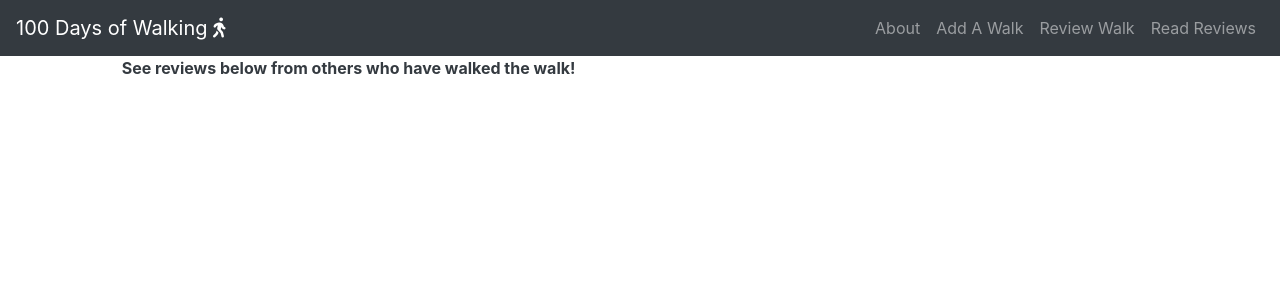
Repository: 5803emma/days-of-walking
Page: http://localhost/read_review
The author's editor kept a record of every edit. The page is drawn from the files as they stood at one moment, then again after the next edit.
The browser window is 1280 px wide. The pictures show the whole page.
Some web libraries are served in a nearby version. The page is served by the project's application, run on Flask 3 (app.py). Queries for data that is not in the repository find no rows.

Above is the page before.

After the next edit:
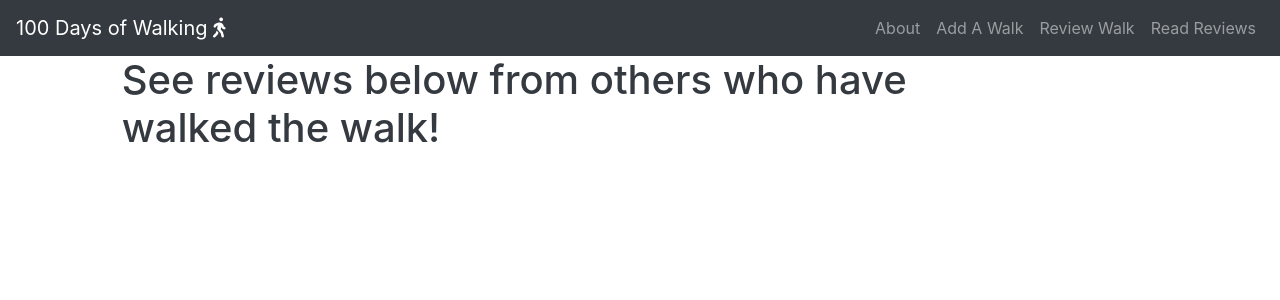
The edit:
--- a/templates/read_reviews.html
+++ b/templates/read_reviews.html
@@ -5,7 +5,7 @@
 
         <div class="row">
             <div class="col-10 text-dark welcome-text">
-                <p><strong>See reviews below from others who have walked the walk!</strong></p>
+                <h1>See reviews below from others who have walked the walk!</h1>
             </div>
         </div>
 
